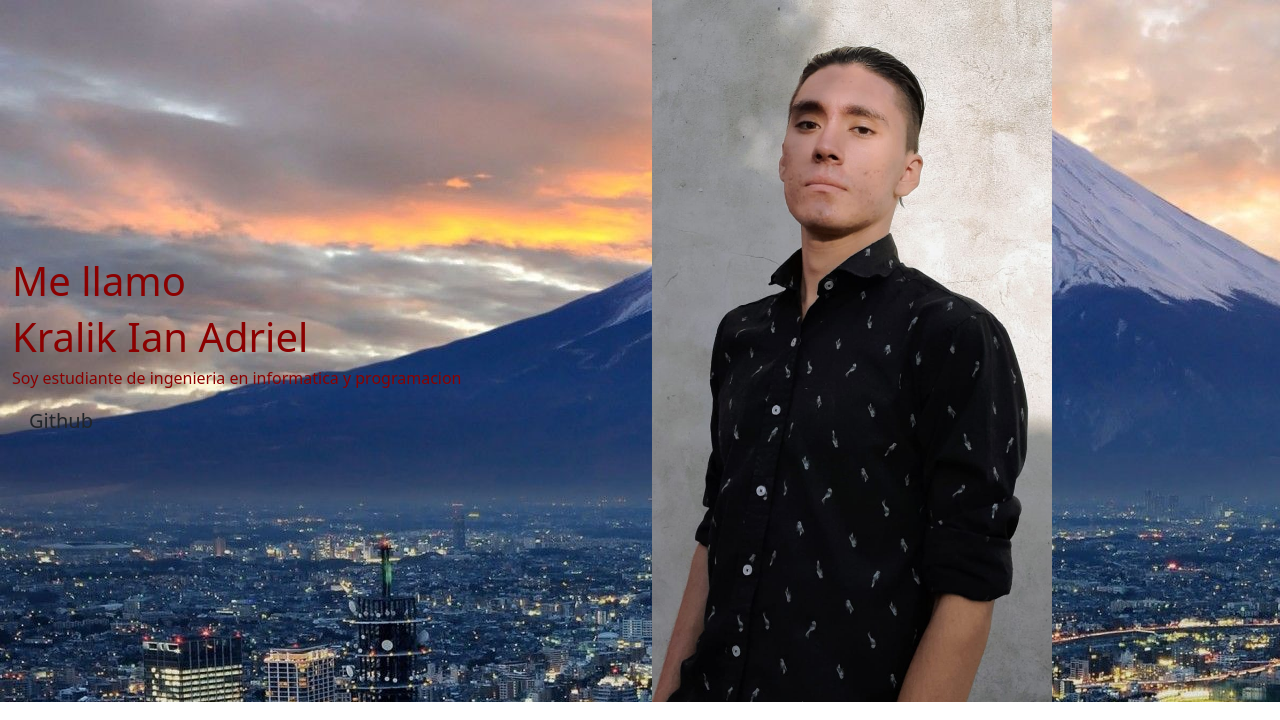
Repository: IanKralik/repositorio-de-prueba
Page: Prueba/index.html
An editor plug-in stored every save of this project. The page is shown before and after the next save, followed by the edit.
The browser window is 1280 px wide. The pictures show the whole page.

Above is the page before, as saved 2022-12-06 17:17:27.

### Prueba/index.html
<!DOCTYPE html>
<html lang="en">
<head>
    <meta charset="UTF-8">
    <meta http-equiv="X-UA-Compatible" content="IE=edge">
    <meta name="viewport" content="width=device-width, initial-scale=1.0">
    <link rel="stylesheet" href="estilos.css"></link>
    <title>Mi Portafolio</title>
</head>
<body>
    <div class="container-fluid">
        <div class="row  fondo-page1">
            <div class="col">
                <div class="row">
                    <div class="col-6 align-self-center">
                      <div class="row" >
                            <h1 class="color">Me llamo</h1>
                      </div>
                      <div class="row">
                            <h1 class="color">Kralik Ian Adriel</h1>
                      </div>
                        <div class="row">
                            <h6 class="color">Soy estudiante de ingenieria en informatica y programacion </h6>
                            <div class="row-10 espacio-superior d-flex justify-content-center">
                            </div>
                    </div>
                    <a   type="button"  class="btn color-primario btn-lg" href="https://github.com/IanKralik">Github</a>
                    </div>
                <div class="col align-items-end">
                    <img src="fotoian.jpg" class="img-fluid" alt="Mi foto de perfil" width="400" height="500">
                </div>
                </div>
            </div>
        </div>
     </div>



    <link href="https://cdn.jsdelivr.net/npm/bootstrap@5.1.0/dist/css/bootstrap.min.css" rel="stylesheet" integrity="sha384-KyZXEAg3QhqLMpG8r+8fhAXLRk2vvoC2f3B09zVXn8CA5QIVfZOJ3BCsw2P0p/We" crossorigin="anonymous">
    <script src="https://cdn.jsdelivr.net/npm/bootstrap@5.1.0/dist/js/bootstrap.bundle.min.js" integrity="sha384-U1DAWAznBHeqEIlVSCgzq+c9gqGAJn5c/t99JyeKa9xxaYpSvHU5awsuZVVFIhvj" crossorigin="anonymous"></script>
    <script src="https://cdn.jsdelivr.net/npm/@popperjs/core@2.9.3/dist/umd/popper.min.js" integrity="sha384-eMNCOe7tC1doHpGoWe/6oMVemdAVTMs2xqW4mwXrXsW0L84Iytr2wi5v2QjrP/xp" crossorigin="anonymous"></script>
    <script src="https://cdn.jsdelivr.net/npm/bootstrap@5.1.0/dist/js/bootstrap.min.js" integrity="sha384-cn7l7gDp0eyniUwwAZgrzD06kc/tftFf19TOAs2zVinnD/C7E91j9yyk5//jjpt/" crossorigin="anonymous"></script>


    </body>




</html>

### Prueba/estilos.css
.fondo-page1{
    background-image: url(fondo\ japon.jpg);
    height: auto;
}
.color{
    color:darkred;
}

After the next save:
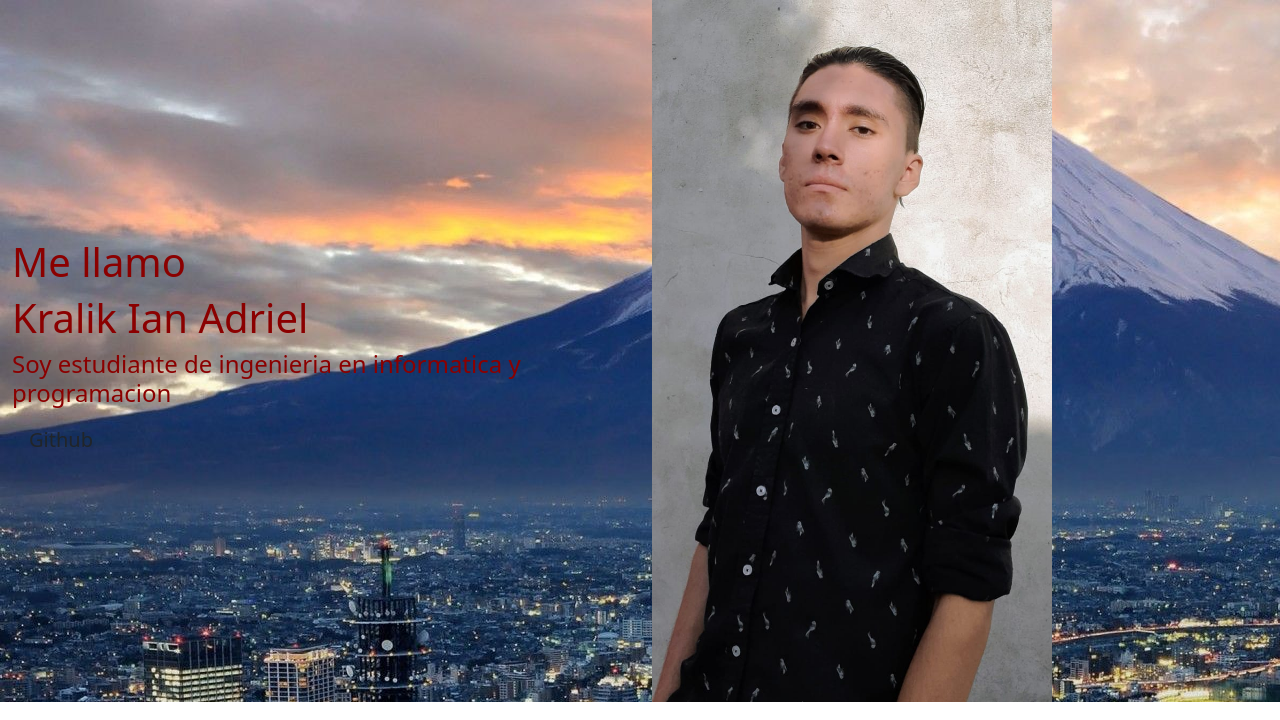
Saved 28 s later.
--- a/Prueba/index.html
+++ b/Prueba/index.html
@@ -20,7 +20,7 @@
                             <h1 class="color">Kralik Ian Adriel</h1>
                       </div>
                         <div class="row">
-                            <h6 class="color">Soy estudiante de ingenieria en informatica y programacion </h6>
+                            <h4 class="color">Soy estudiante de ingenieria en informatica y programacion </h4>
                             <div class="row-10 espacio-superior d-flex justify-content-center">
                             </div>
                     </div>
